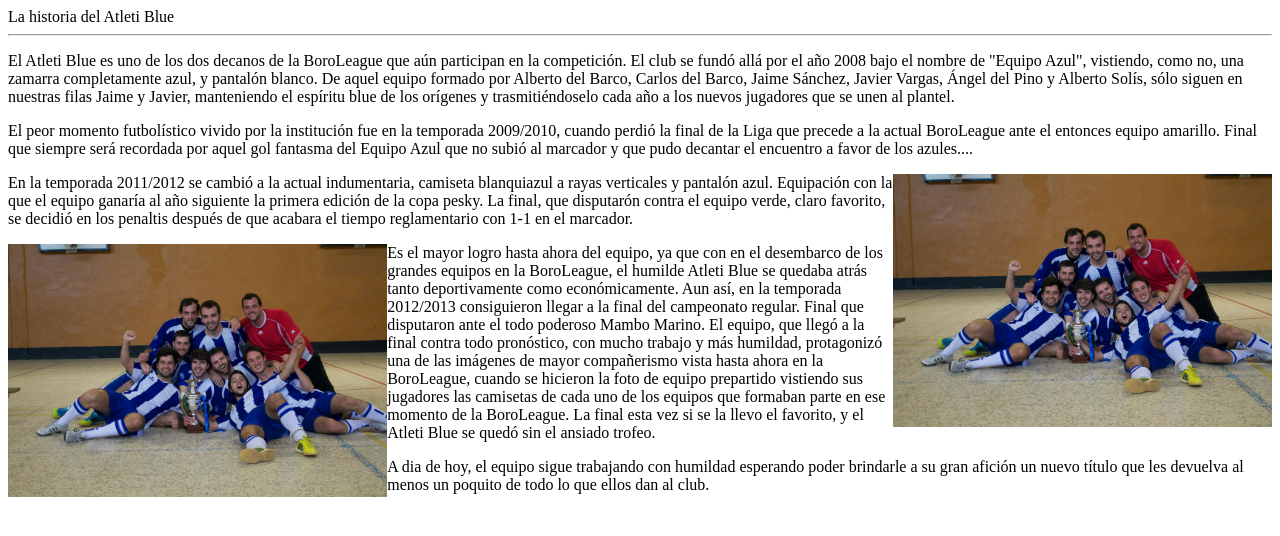
Repository: DiegoGodoy/atletiblue
Page: app/views/historia.html
The author's editor kept a record of every edit. The page is drawn from the files as they stood at one moment, then again after the next edit.
The browser window is 1280 px wide. The pictures show the whole page.

Above is the page before.

After the next edit:
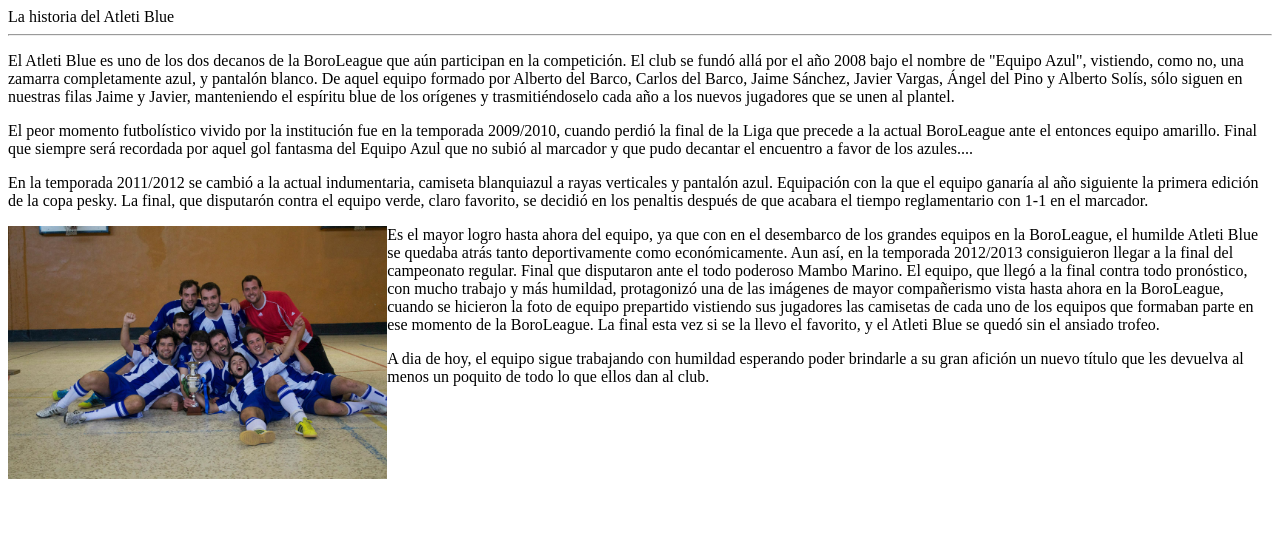
The edit:
--- a/app/views/historia.html
+++ b/app/views/historia.html
@@ -14,7 +14,6 @@
                             <p>El peor momento futbolístico vivido por la institución fue en la temporada 2009/2010, cuando perdió la final de la Liga que precede a la actual BoroLeague
                             ante el entonces equipo amarillo. Final que siempre será recordada por aquel gol fantasma del Equipo Azul que no subió al marcador y que pudo decantar el encuentro
                             a favor de los azules....</p>
-                                <div ><img src="images/historia/pesky.jpg" style="float: right; border: 0; width: 30%; height: auto;" alt="Foto final 2012/2013"></div>
 
                             <p>En la temporada 2011/2012 se cambió a la actual indumentaria, camiseta blanquiazul a rayas verticales y pantalón azul. Equipación con la que el equipo ganaría
                             al año siguiente la primera edición de la copa pesky. La final, que disputarón contra el equipo verde, claro favorito, se decidió en los penaltis después de que
